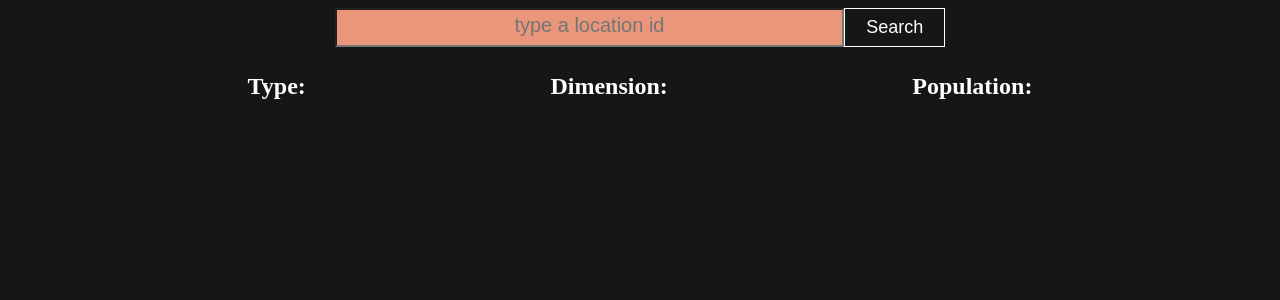
Repository: RobertAries28/ApiRickyMortin
Page: /
The author's editor kept a copy of each file at every save. The page is drawn from the files as they stood at one save, then again after the next save.
The browser window is 1280 px wide. The pictures show the whole page.
The page's requests for data from a server got no answer. The project was rebuilt for these pictures with package versions that can differ from the ones it lists, and the page was loaded fresh each time. No one was signed in, and anything a server would have sent is missing. Also part of the build but not shown: src/ResidentInfo.js.

Above is the page before, as saved 2022-04-29 09:59:43.

After the next save:
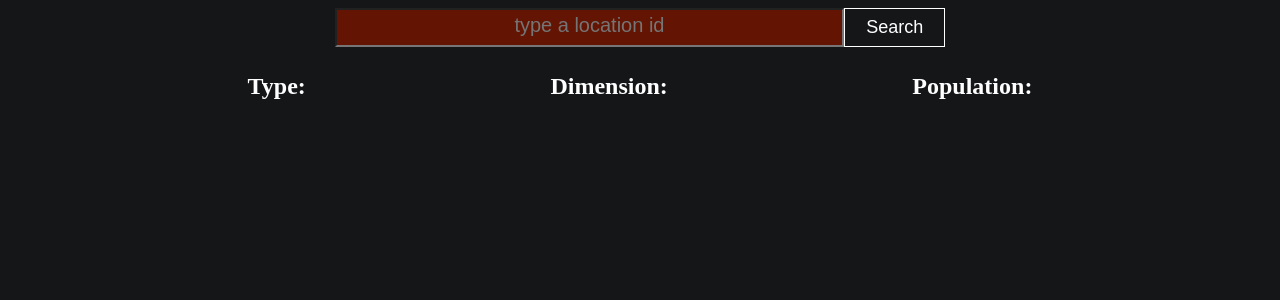
Saved 2 min 52 s later.
--- a/src/index.css
+++ b/src/index.css
@@ -77,7 +77,8 @@ body{
 .searchBox input{
   width: 40%;
   padding: 10px 0;
-  background: #e9967a;
+  background: #641402
+  ;
 }
 
 input::-webkit-input-placeholder{
